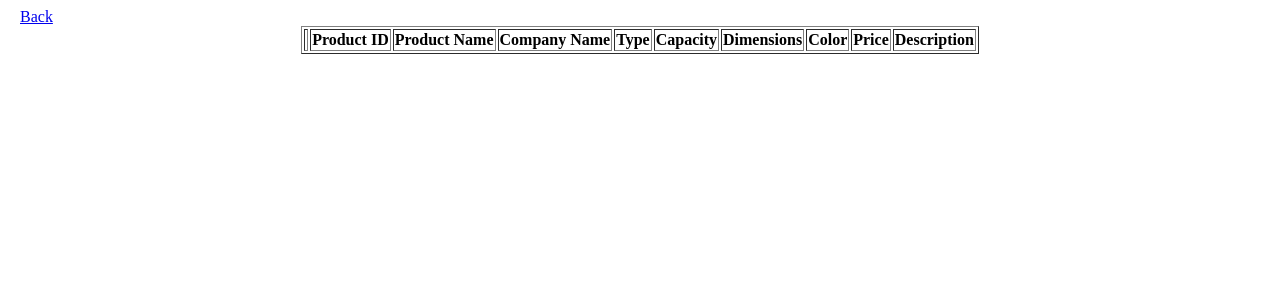
Repository: harshalsakpal/Catalog
Page: http://localhost/Catalog/pages/listFridge.jsp
These files come from the project's save history. The page is drawn as it stood at one moment and after the next save; the edit follows.
The browser window is 1280 px wide. The pictures show the whole page.
The page is served by Tomcat 9. Other server files are loaded and not shown.

Above is the page before, as saved 2014-05-21 08:30:32.

### Catalog/WebContent/pages/listFridge.jsp
<%@page import="java.util.ArrayList"%>
<%@page import="com.catalog.beans.FridgeBean"%>
<%@ page language="java" contentType="text/html; charset=ISO-8859-1"
	pageEncoding="ISO-8859-1"%>
<!DOCTYPE html PUBLIC "-//W3C//DTD HTML 4.01 Transitional//EN" "http://www.w3.org/TR/html4/loose.dtd">
<html>
<head>
<meta http-equiv="Content-Type" content="text/html; charset=ISO-8859-1">
<title>List of Fridges</title>
</head>
<body>
	<div align="left">
		&nbsp;&nbsp;&nbsp;<a href="home.jsp">Back</a>
	</div>
	<table border="1" align="center">
		<tr>
			<td></td>
			<td align="center"><b>Product ID </b></td>
			<td align="center"><b>Product Name</b></td>
			<td align="center"><b>Company Name</b></td>
			<td align="center"><b>Type</b></td>
			<td align="center"><b>Capacity</b></td>
			<td align="center"><b>Dimensions</b></td>
			<td align="center"><b>Color</b></td>
			<td align="center"><b>Price</b></td>
			<td align="center"><b>Description</b></td>
		</tr>
		<%
			if (session.getAttribute("fridgeBean") != null) {
				ArrayList<FridgeBean> arrayOfFridgeBean = (ArrayList<FridgeBean>) session.getAttribute("fridgeBean");

				for(int i=0;i<arrayOfFridgeBean.size();i++){
		%>
		<tr>
			<td><img src="<%=arrayOfFridgeBean.get(i).getProductURL()%>"
				width="200px 200px 200px 200px" height="300px 300px 300px 300px"
				style="border: 0" /></td>
			<td align="center"><%=arrayOfFridgeBean.get(i).getProdId()%></td>
			<td align="center"><%=arrayOfFridgeBean.get(i).getProductName()%></td>
			<td align="center"><%=arrayOfFridgeBean.get(i).getCompanyName()%></td>
			<td align="center"><%=arrayOfFridgeBean.get(i).getType()%></td>
			<td align="center"><%=arrayOfFridgeBean.get(i).getFridgeCapacity()%></td>
			<td align="center"><%=arrayOfFridgeBean.get(i).getDimensions()%></td>
			<td align="center"><%=arrayOfFridgeBean.get(i).getColor()%></td>
			<td align="center"><%=arrayOfFridgeBean.get(i).getPrice()%></td>
			<td align="center"><%=arrayOfFridgeBean.get(i).getDescription()%></td>
		</tr>

		<%
			}

				}
		%>
	</table>
</body>

</html>

After the next save:
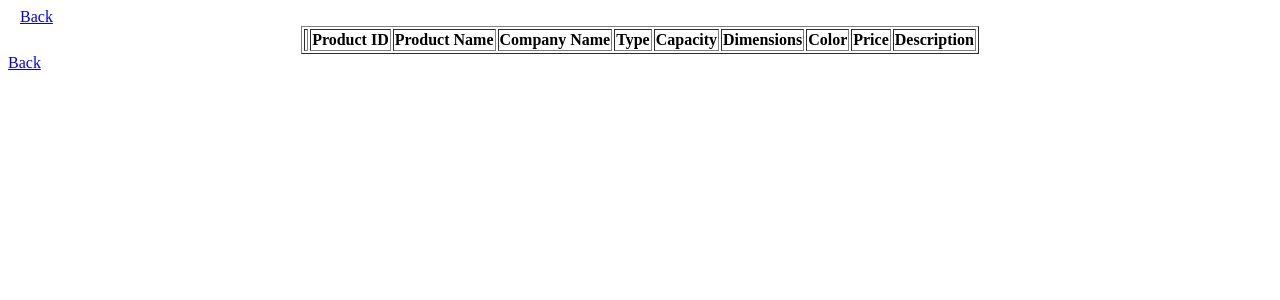
Saved 13 s later.
--- a/Catalog/WebContent/pages/listFridge.jsp
+++ b/Catalog/WebContent/pages/listFridge.jsp
@@ -52,6 +52,9 @@
 				}
 		%>
 	</table>
+	<div align="left">
+		<a href="home.jsp">Back</a> &nbsp;&nbsp;&nbsp;
+	</div>
 </body>
 
 </html>
